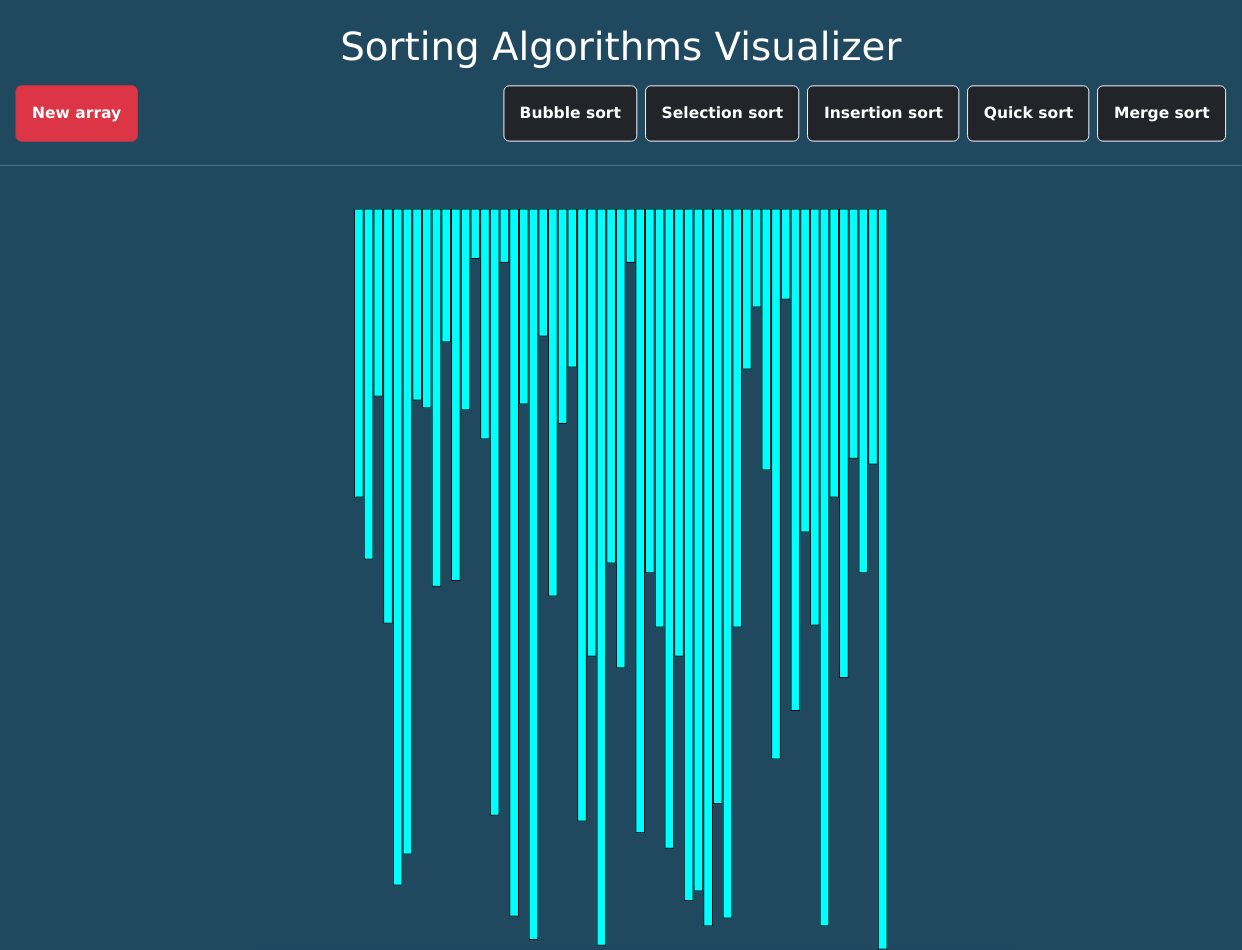
Repository: Vasil1001/Sorting-Algorithms-Visualizer-js
Page: views/index.html
An editor plug-in stored every save of this project. The page is shown before and after the next save, followed by the edit.
The browser window is 1280 px wide. The pictures show the whole page, at 97% of full size.

Above is the page before, as saved 2022-11-03 18:07:00.

After the next save:
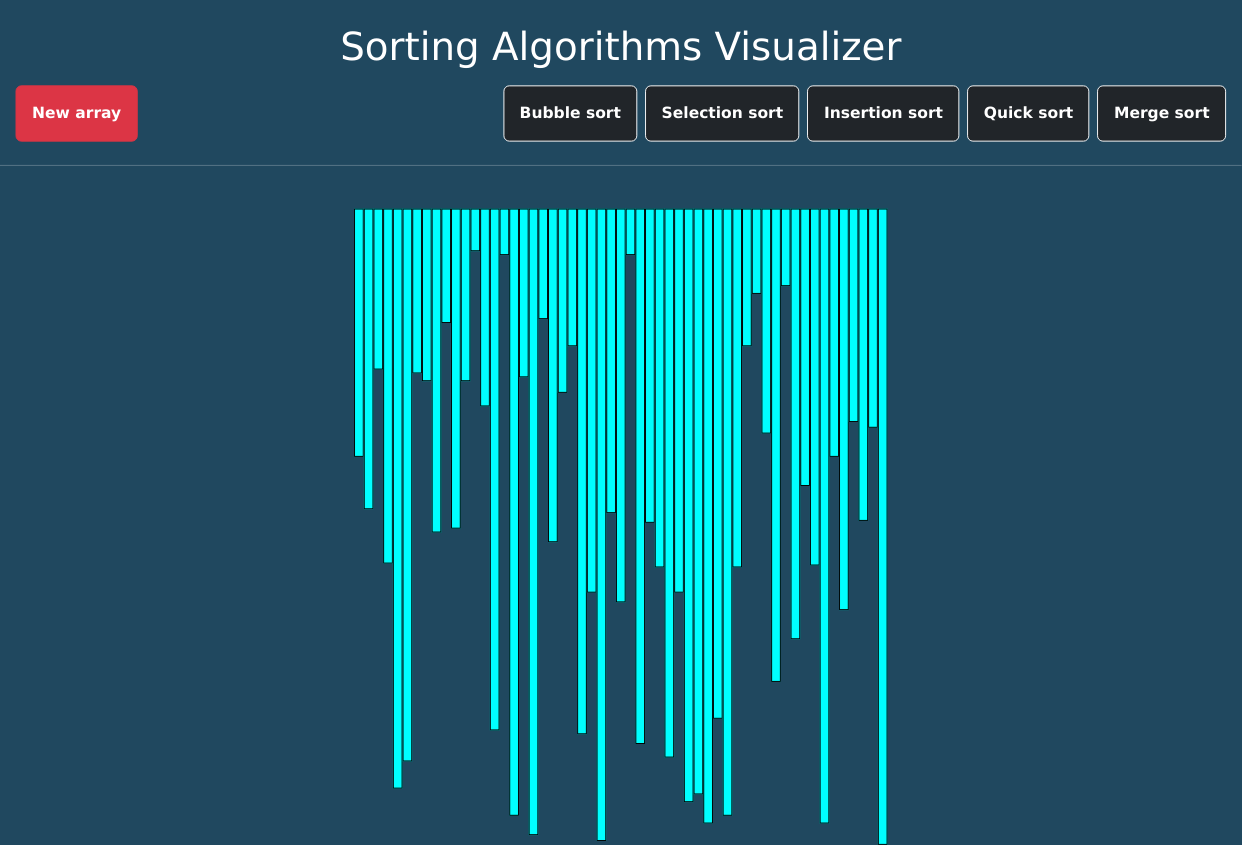
Saved 7 s later.
--- a/sort_algos_js_files/index.js
+++ b/sort_algos_js_files/index.js
@@ -14,7 +14,7 @@ function createBarArray() {
 
     // get a random number and add it to the array until there are 100 in array
     for (numberOfBars = 0; numberOfBars < l; numberOfBars++) {
-        random_array_100.push(Math.round(Math.random() * l * 7));
+        random_array_100.push(Math.round(Math.random() * l * 6));
     }
     // print 100 random numbers of the array
     console.log(random_array_100);
